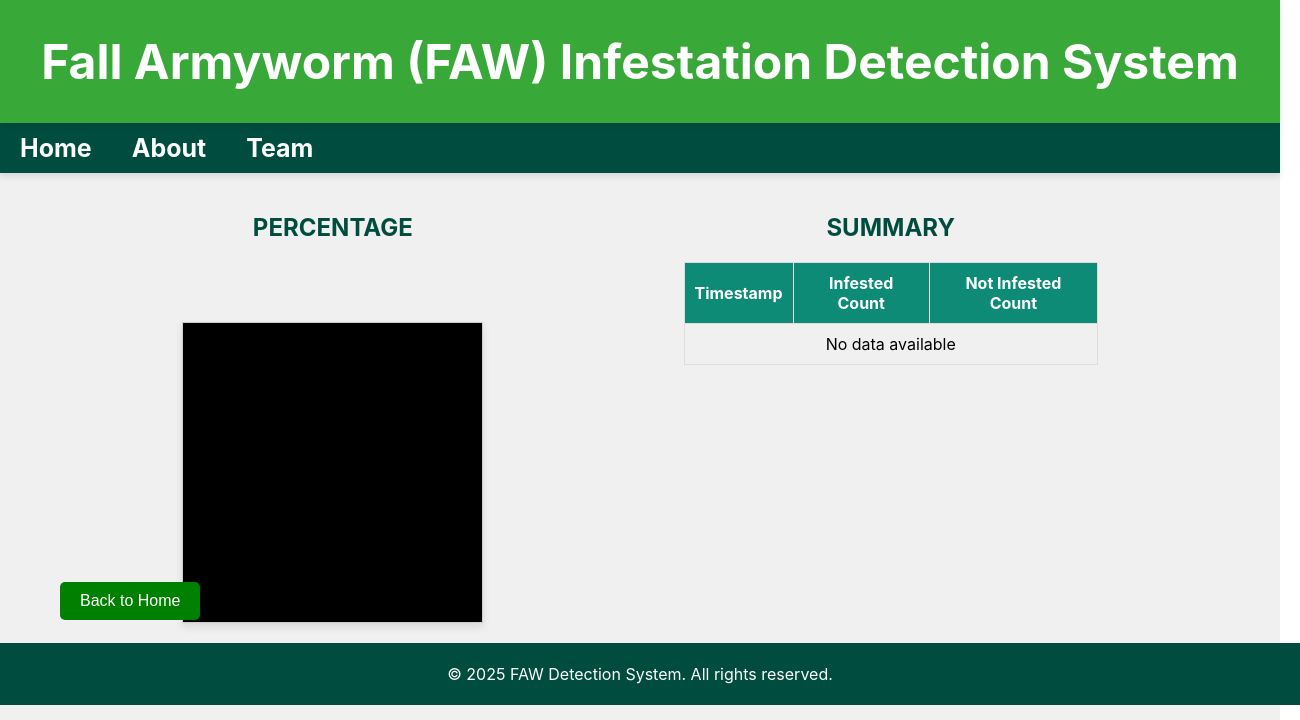
Repository: jansen223/faw-detection-main
Page: /summary
These files come from the project's save history. The page is drawn as it stood at one moment and after the next save; the edit follows.
The browser window is 1280 px wide. The page is 1300 px wide, so the pictures cover 1300 px, including what lies to the right of the window. The pictures show the whole page.
The page's requests for data from a server got no answer. The project was rebuilt for these pictures with package versions that can differ from the ones it lists, and the page was loaded fresh each time. No one was signed in, and anything a server would have sent is missing. Also part of the build but not shown: src/pages/Home.js, src/pages/About.css, src/pages/About.js, src/pages/Team.css, src/pages/Team.js.

Above is the page before, as saved 2025-04-10 19:07:33.

After the next save:
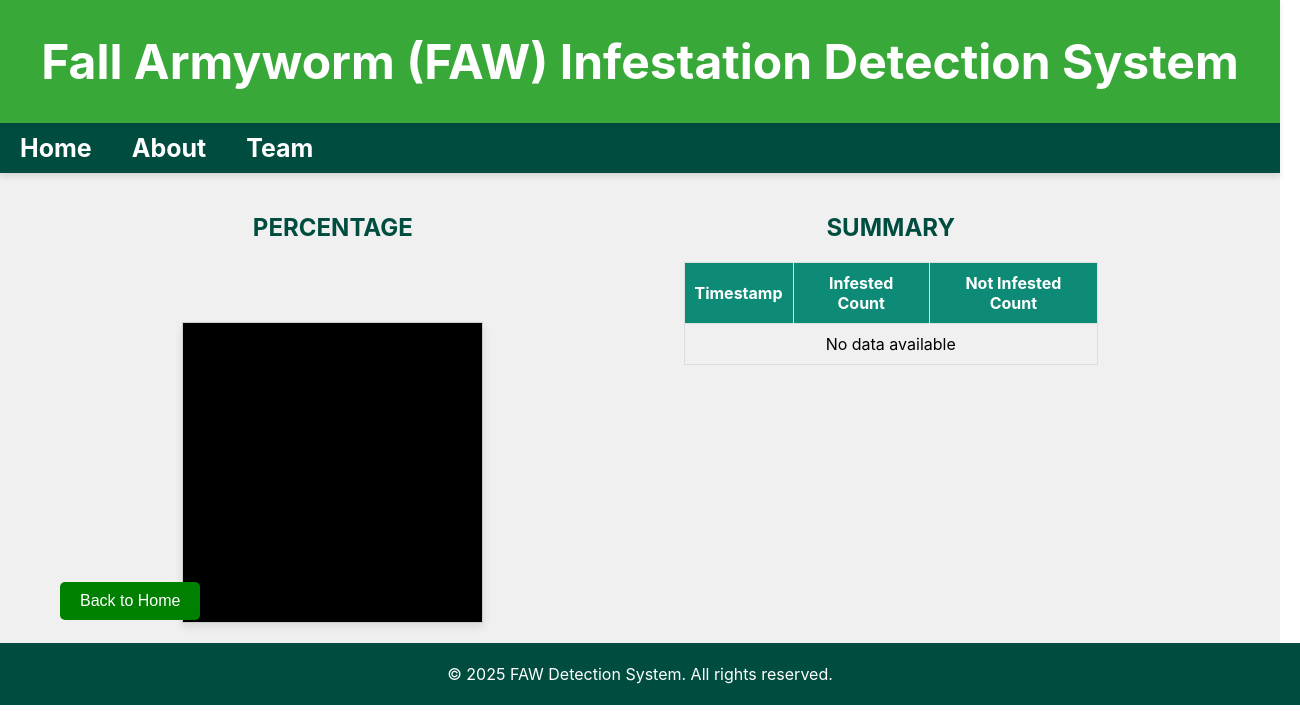
Saved 29 s later.
--- a/src/App.css
+++ b/src/App.css
@@ -11,7 +11,7 @@ body {
 .App {
   text-align: center;
   background-color: #f0f0f0;
-  min-height: 100vh;
+  height: 100%;
   display: flex;
   flex-direction: column;
   align-items: center;
